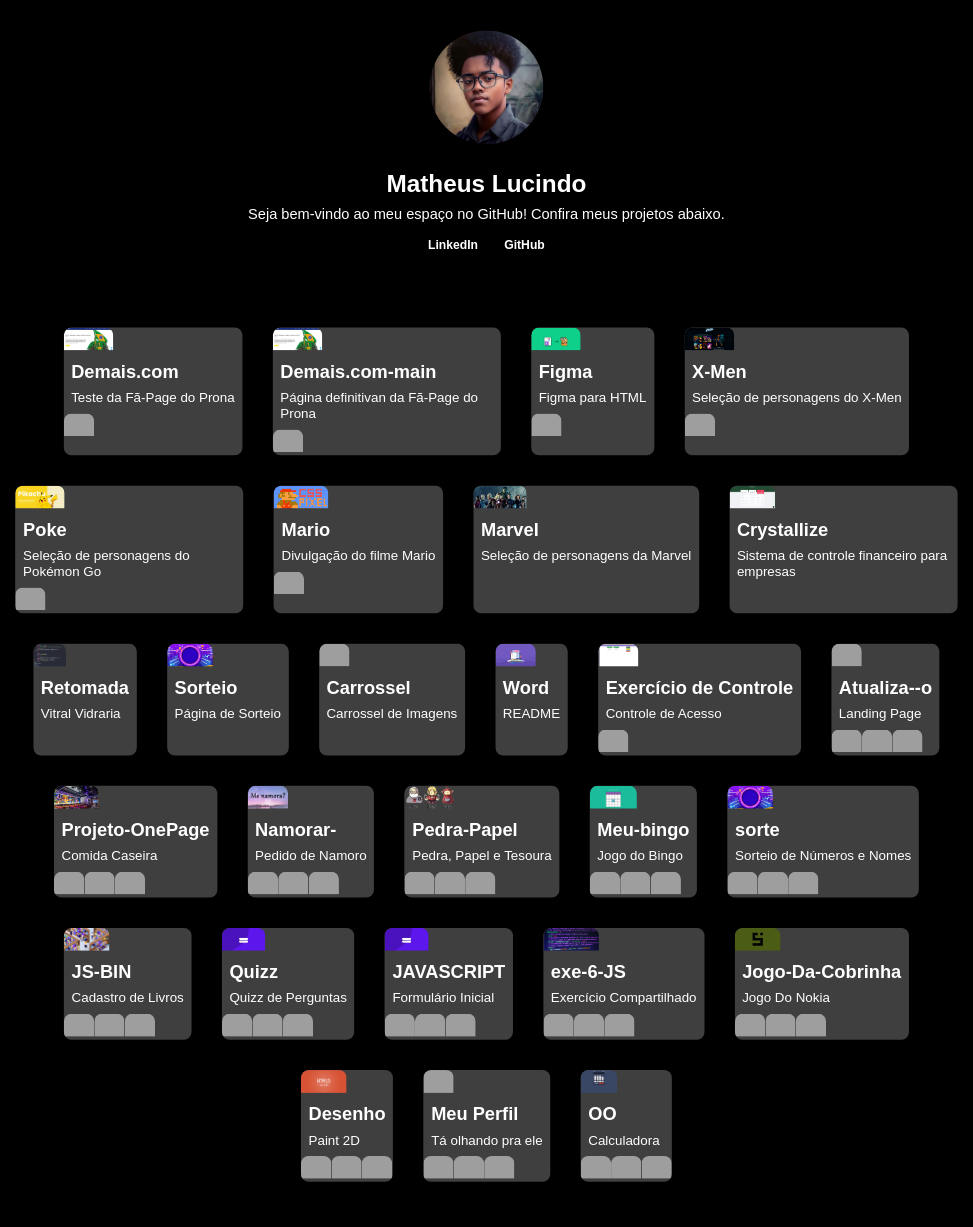
Repository: Matheus904-12/Meu-Perfil
Page: index.html
These files come from the project's save history. The page is drawn as it stood at one moment and after the next save; the edit follows.
The browser window is 1280 px wide. The pictures show the whole page, at 76% of full size.
Pictures or frames that could not be fetched are drawn as grey boxes.

Above is the page before, as saved 2023-09-26 22:04:05.

### index.html
<!DOCTYPE html>
<html lang="en">
<head>
    <meta charset="UTF-8">
    <meta name="viewport" content="width=device-width, initial-scale=1.0">
    <link rel="stylesheet" href="styles.css">
    <link rel="icon" href="p">
    <title>Seu Perfil</title>
</head>
<body>


    <header>
        <img src="IMG_20230326_185729_968.jpg" alt="Sua Foto de Perfil" class="profile-picture">
        <h1>Matheus Lucindo</h1>
        <p>Seja bem-vindo ao meu espaço no GitHub! Confira meus projetos abaixo.</p>
        <div class="social-links">
            <a href="https://www.linkedin.com/in/matheus-lucindo-b35b68190/" target="_blank">LinkedIn</a>
            <a href="https://github.com/Matheus904-12" target="_blank">GitHub</a>
        </div>
    </header>

    <section class="repositories">
        <!-- Os repositórios serão carregados aqui via JavaScript -->
    </section>

    <script src="script.js"></script>
</body>
</html>

### styles.css
/* styles.css */

body {
    font-family: 'Arial', sans-serif;
    margin: 0;
    padding: 0;
    background-color: #000000;
    color: #fff;
    transition: background-color 0.3s, color 0.3s;
}

.profile-picture {
    border-radius: 50%;
    width: 150px;
    height: 150px;
    margin-bottom: 20px;
    object-fit: cover;
}

header {
    text-align: center;
    padding: 40px;
    background-color: #000000;
    box-shadow: 0px 4px 8px rgba(0, 0, 0, 0.1);
}

h1 {
    font-size: 2em;
    margin: 10px 0;
}

p {
    font-size: 1.2em;
    max-width: 800px;
    margin: 0 auto 20px;
}

.social-links {
    margin-top: 20px;
}

.social-links a {
    display: inline-block;
    margin: 0 15px;
    text-decoration: none;
    color: #fff;
    font-weight: bold;
    transition: color 0.3s;
}

.social-links a:hover {
    color: #00aa1a;
}

.repositories {
    display: flex;
    flex-wrap: wrap;
    justify-content: center;
    margin: 40px 0;
}

.repository-card {
    background-color: #3f3f3f;
    border-radius: 10px;
    box-shadow: 0px 4px 8px rgba(0, 0, 0, 0.1);
    margin: 20px;
    max-width: 300px;
    transition: transform 0.3s, box-shadow 0.3s, background-color 0.3s;
    overflow: hidden;
    color: #fff; /* Cor do texto ajustada */
}

.repository-card img {
    border-radius: 10px 10px 0 0;
    max-width: 100%;
    height: auto;
    max-height: 200px;
    object-fit: cover;
    max-height: 30px; /* Adicionado este estilo para limitar a altura dos ícones */
}

.repository-card h3 {
    margin: 10px;
    font-size: 1.5em;
}

.repository-card p {
    margin: 10px;
    font-size: 1.1em;
}

.repository-card:hover {
    transform: scale(1.05);
    box-shadow: 0 8px 16px rgba(128, 0, 128, 0.1);

}

.repository-card a {
    color: #ffffff; /* Defina a cor de texto desejada aqui */
    text-decoration: none; /* Para remover sublinhado dos links */
}

/* Estilos para tablets (largura máxima de 768px) */
@media screen and (max-width: 768px) {
    header {
        padding: 20px;
    }

    .profile-picture {
        width: 100px;
        height: 100px;
        margin-bottom: 10px;
    }

    h1 {
        font-size: 1.5em;
    }

    p {
        font-size: 1em;
    }

    .social-links a {
        margin: 0 10px;
    }

    .repository-card {
        max-width: 250px;
    }

    .repository-card img {
        max-height: 150px;
    }

    .repository-card h3 {
        font-size: 1.2em;
    }

    .repository-card p {
        font-size: 1em;
    }
}

/* Estilos para dispositivos móveis (largura máxima de 480px) */
@media screen and (max-width: 480px) {
    header {
        padding: 10px;
    }

    .profile-picture {
        width: 80px;
        height: 80px;
        margin-bottom: 5px;
    }

    h1 {
        font-size: 1.2em;
    }

    p {
        font-size: 0.9em;
    }

    .social-links a {
        margin: 0 5px;
    }

    .repository-card {
        max-width: 200px;
    }

    .repository-card img {
        max-height: 120px;
    }

    .repository-card h3 {
        font-size: 1em;
    }

    .repository-card p {
        font-size: 0.8em;
    }
}

### script.js
document.addEventListener('DOMContentLoaded', function() {
    const repositories = [
        {
            name: 'Demais.com',
            description: 'Teste da Fã-Page do Prona',
            coverImage: 'Demais.com.jpg',
            languages: ['']
        },
        {
            name: 'Demais.com-main',
            description: 'Página definitivan da Fã-Page do Prona',
            coverImage: 'Demais.com.jpg',
            languages: ['']
        },
        {
            name: 'Figma',
            description: 'Figma para HTML',
            coverImage: 'Figma_to_html_1.png',
            languages: ['']
        },
        {
            name: 'X-Men',
            description: 'Seleção de personagens do X-Men',
            coverImage: 'xmen.png',
            languages: ['']
        },
        {
            name: 'Poke',
            description: 'Seleção de personagens do Pokémon Go',
            coverImage: 'pokemon-slider.png',
            languages: ['']
        },
        {
            name: 'Mario',
            description: 'Divulgação do filme Mario',
            coverImage: 'css-pixel-art.png',
            languages: ['']
        },
        {
            name: 'Marvel',
            description: 'Seleção de personagens da Marvel',
            coverImage: 'marvel.jpg',
            languages: []
        },
        {
            name: 'Crystallize',
            description: 'Sistema de controle financeiro para empresas',
            coverImage: 'sis.png',
            languages: []
        },
        {
            name: 'Retomada',
            description: 'Vitral Vidraria',
            coverImage: 'retom.png',
            languages: []
        },
        {
            name: 'Sorteio',
            description: 'Página de Sorteio',
            coverImage: 'sorteio.jpg',
            languages: []
        },
        {
            name: 'Carrossel',
            description: 'Carrossel de Imagens',
            coverImage: 'car.jpg',
            languages: []
        },
        {
            name: 'Word',
            description: 'README',
            coverImage: 'como-fazer-um-bom-readme-preview.png',
            languages: []
        },
        {
            name: 'Exercício de Controle',
            description: 'Controle de Acesso',
            coverImage: 'control.png',
            languages: ['HTML']
        },
        {
            name: 'Atualiza--o',
            description: 'Landing Page',
            coverImage: 'landing.png',
            languages: ['HTML', 'CSS', 'JS']
        },
        {
            name: 'Projeto-OnePage',
            description: 'Comida Caseira',
            coverImage: 'restaurante.jpeg',
            languages: ['HTML', 'CSS', 'JS']
        },
        {
            name: 'Namorar-',
            description: 'Pedido de Namoro',
            coverImage: 'namorar.jpg',
            languages: ['HTML', 'CSS', 'JS']
        },
        {
            name: 'Pedra-Papel',
            description: 'Pedra, Papel e Tesoura',
            coverImage: 'jokenpo.png',
            languages: ['HTML', 'CSS', 'JS']
        },
        {
            name: 'Meu-bingo',
            description: 'Jogo do Bingo',
            coverImage: 'bingo.jpg',
            languages: ['HTML', 'CSS', 'JS']
        },
        {
            name: 'sorte',
            description: 'Sorteio de Números e Nomes',
            coverImage: 'sorteio.jpg',
            languages: ['HTML', 'CSS', 'JS']
        },
        {
            name: 'JS-BIN',
            description: 'Cadastro de Livros',
            coverImage: 'bibliotecas.png',
            languages: ['HTML', 'CSS', 'JS']
        },
        {
            name: 'Quizz',
            description: 'Quizz de Perguntas',
            coverImage: 'a-guide-to-html-css-forms-no-hacks.jpg',
            languages: ['HTML', 'CSS', 'JS']
        },
        {
            name: 'JAVASCRIPT',
            description: 'Formulário Inicial',
            coverImage: 'a-guide-to-html-css-forms-no-hacks.jpg',
            languages: ['HTML', 'CSS', 'JS']
        },
        {
            name: 'exe-6-JS',
            description: 'Exercício Compartilhado',
            coverImage: 'comp.png',
            languages: ['HTML', 'CSS', 'JS']
        },
        {
            name: 'Jogo-Da-Cobrinha',
            description: 'Jogo Do Nokia',
            coverImage: 'cobrinha.png',
            languages: ['HTML', 'CSS', 'JS']
        },
        {
            name: 'Desenho',
            description: 'Paint 2D',
            coverImage: '20151220031246_canvas.png',
            languages: ['HTML', 'CSS', 'JS']
        },
        {
            name: 'Meu Perfil',
            description: 'Tá olhando pra ele',
            coverImage: 'perfi.png',
            languages: ['HTML', 'CSS', 'JS']
        },
        {
            name: 'OO',
            description: 'Calculadora',
            coverImage: 'leva.jpg',
            languages: ['HTML', 'CSS', 'JS']
        },


    ];

    const repositoriesSection = document.querySelector('.repositories');

    repositories.forEach(repository => {
        const card = document.createElement('div');
        card.classList.add('repository-card');

        const languagesIcons = repository.languages.map(lang => `<img src="${lang.toLowerCase()}.png" alt="${lang}">`).join('');

        card.innerHTML = `
            <a href="${repository.link}" target="_blank">
                <div class="card-border">
                    <img src="${repository.coverImage}" alt="Capa do Repositório">
                </div>
                <h3>${repository.name}</h3>
                <p>${repository.description}</p>
                <div class="languages">${languagesIcons}</div>
            </a>
        `;

        card.addEventListener('click', function() {
            card.classList.toggle('selected');
        });

        repositoriesSection.appendChild(card);
    });
});

After the next save:
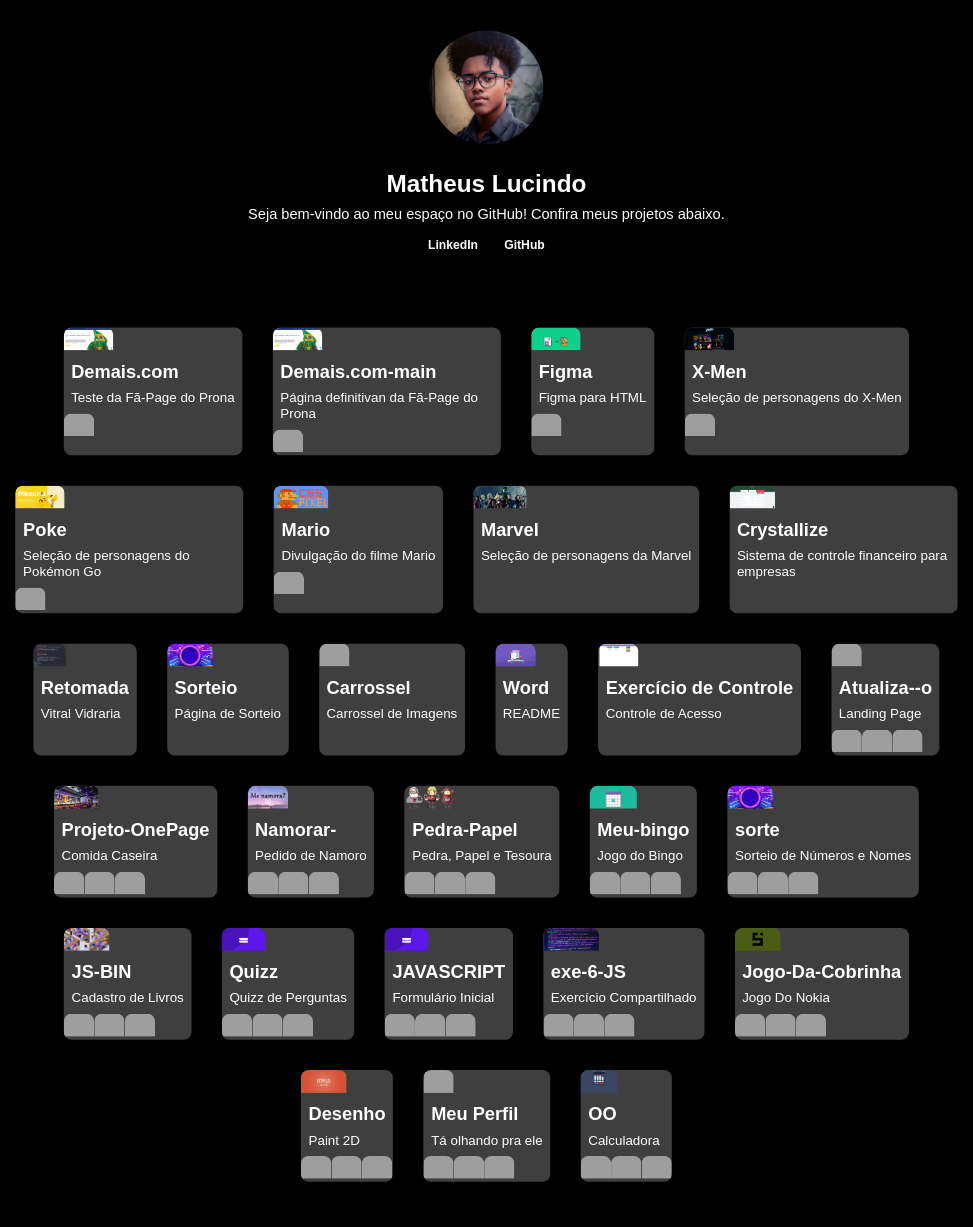
Saved 5 s later.
--- a/script.js
+++ b/script.js
@@ -76,7 +76,7 @@
             name: 'Exercício de Controle',
             description: 'Controle de Acesso',
             coverImage: 'control.png',
-            languages: ['HTML']
+            languages: []
         },
         {
             name: 'Atualiza--o',
